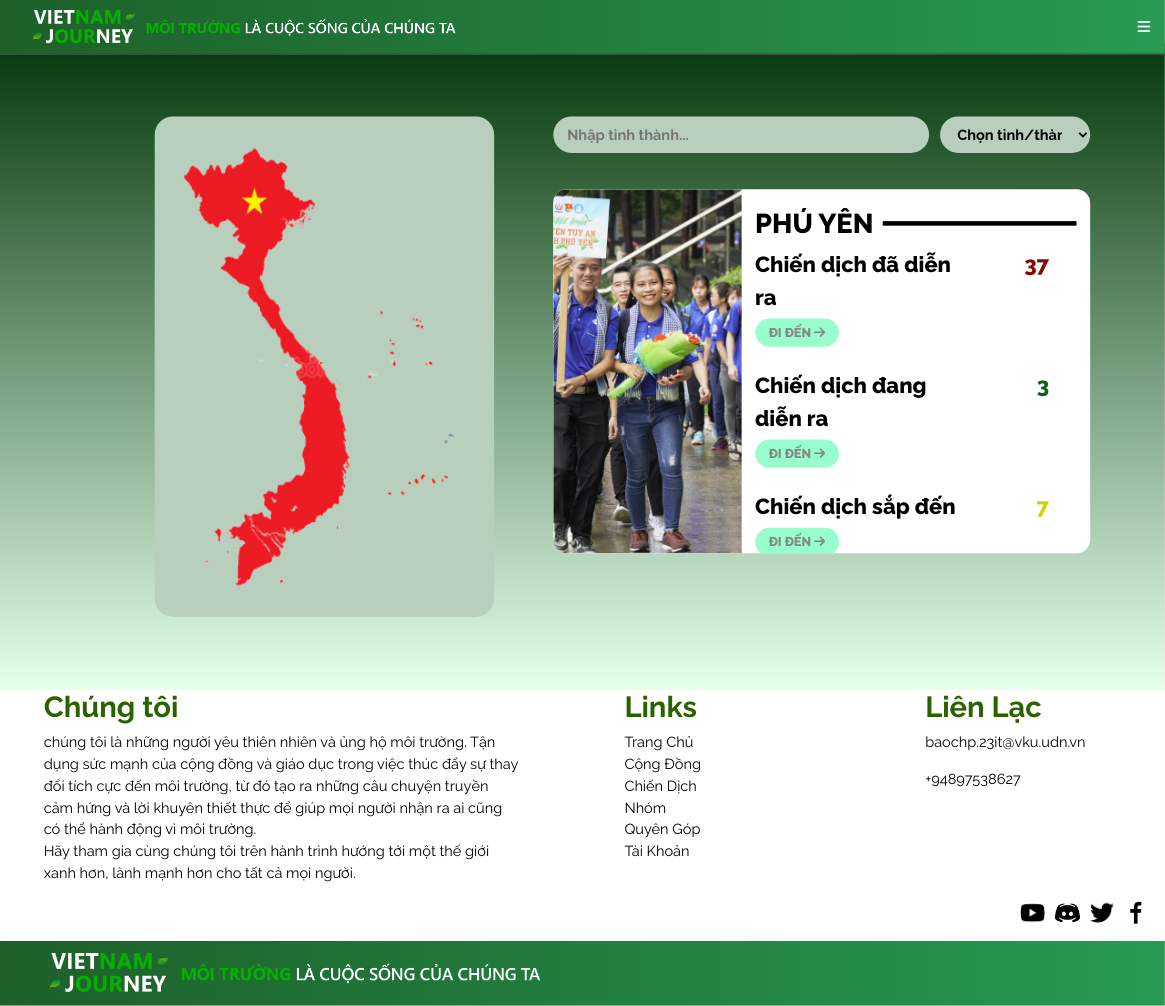
Repository: Boima12/Boima12.github.io_VietnamJourney
Page: HTML/ChienDich/ChienDich.html
The author's editor kept a copy of each file at every save. The page is drawn from the files as they stood at one save, then again after the next save.
The browser window is 1280 px wide. The pictures show the whole page, at 91% of full size.

Above is the page before, as saved 2024-05-25 08:31:41.

After the next save:
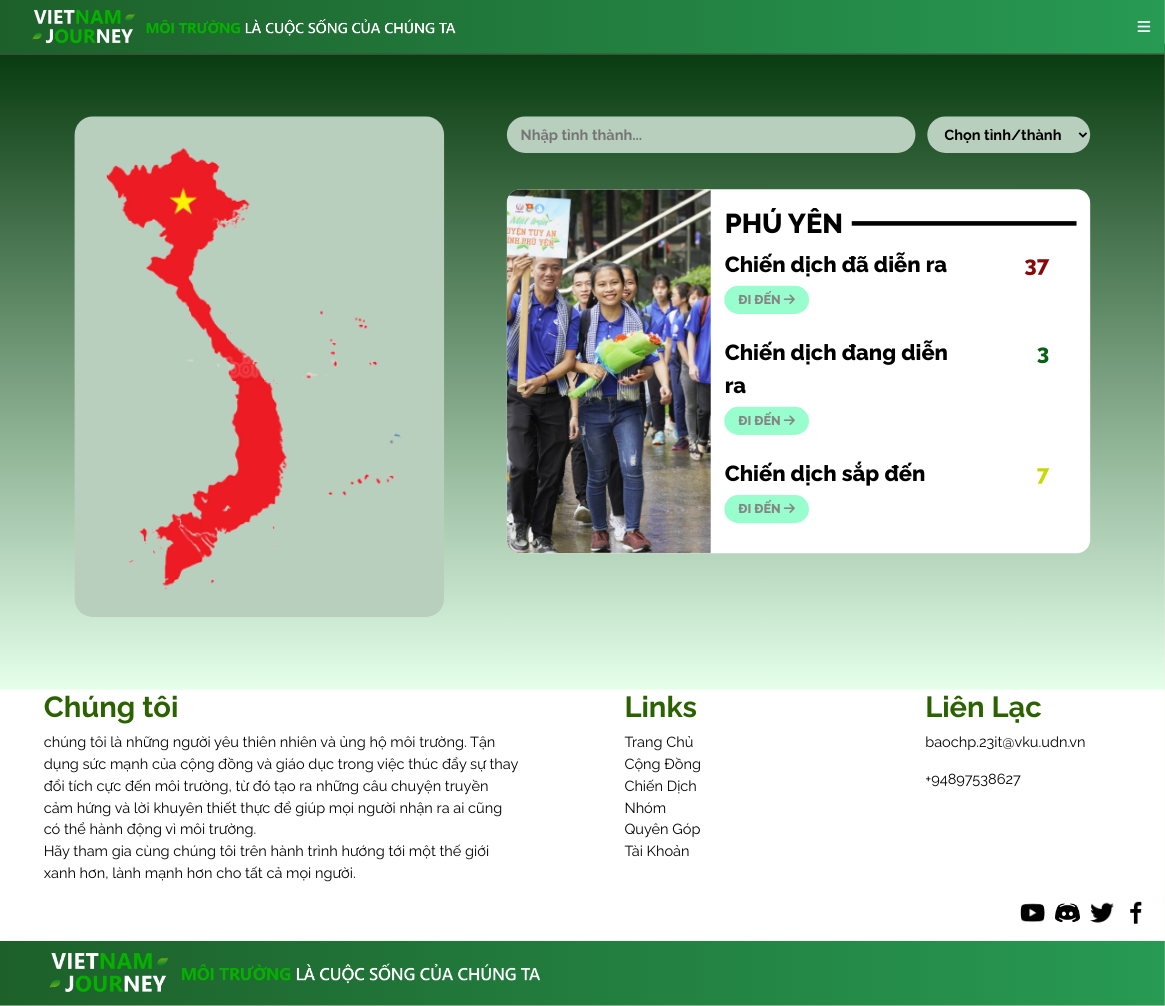
Saved 9 s later.
--- a/HTML/ChienDich/ChienDich.css
+++ b/HTML/ChienDich/ChienDich.css
@@ -23,7 +23,7 @@ body {
 }
 
 .container {
-    padding-left: 100px;
+
 }
 
 /*BASE*/
